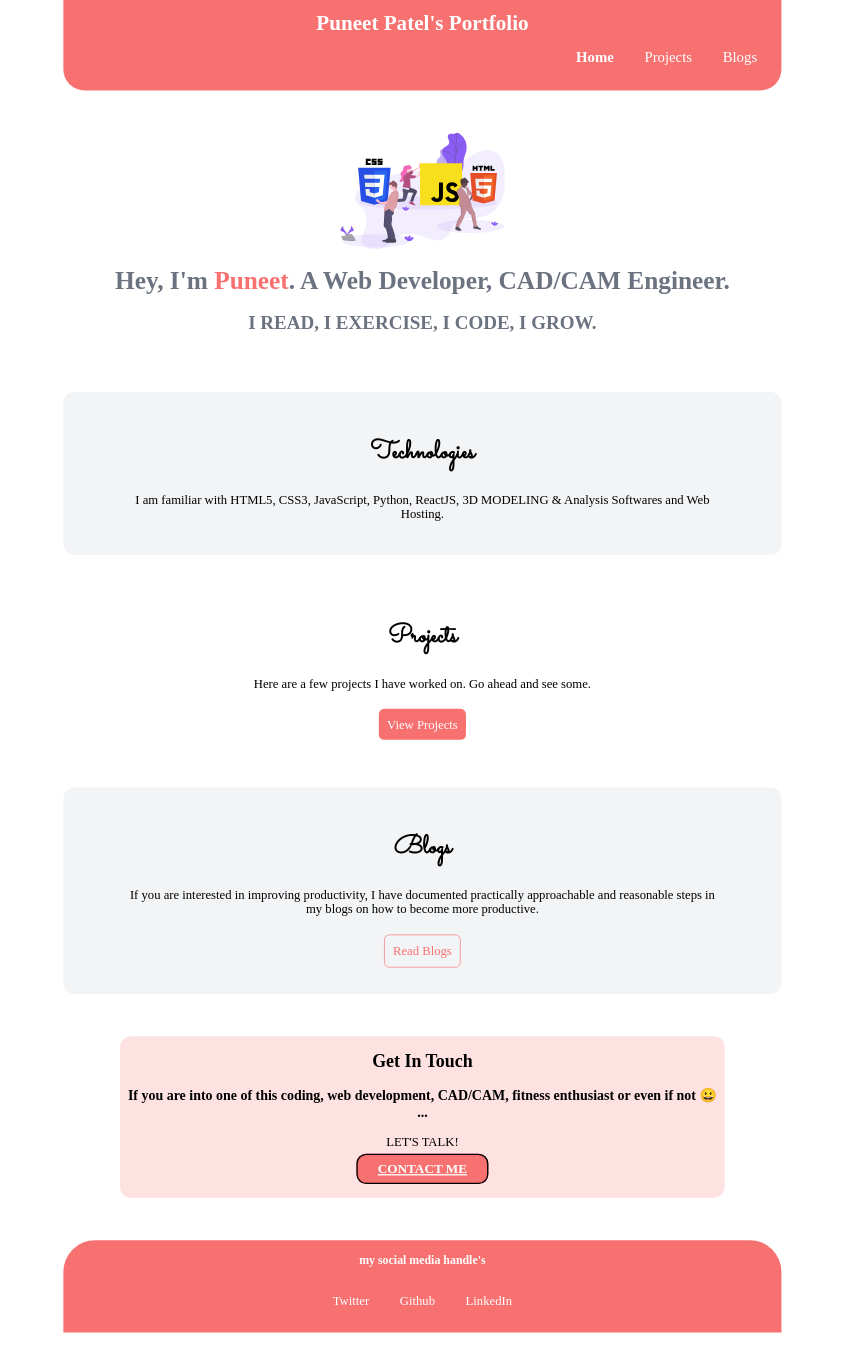
Repository: PuneetP16/Portfolio
Page: index.html
These files come from the project's save history. The page is drawn as it stood at one moment and after the next save; the edit follows.
The browser window is 1280 px wide. The pictures show the whole page, at 66% of full size.
Some web fonts or font styles are not loaded; a fallback is used.

Above is the page before, as saved 2021-12-10 10:51:48.

After the next save:
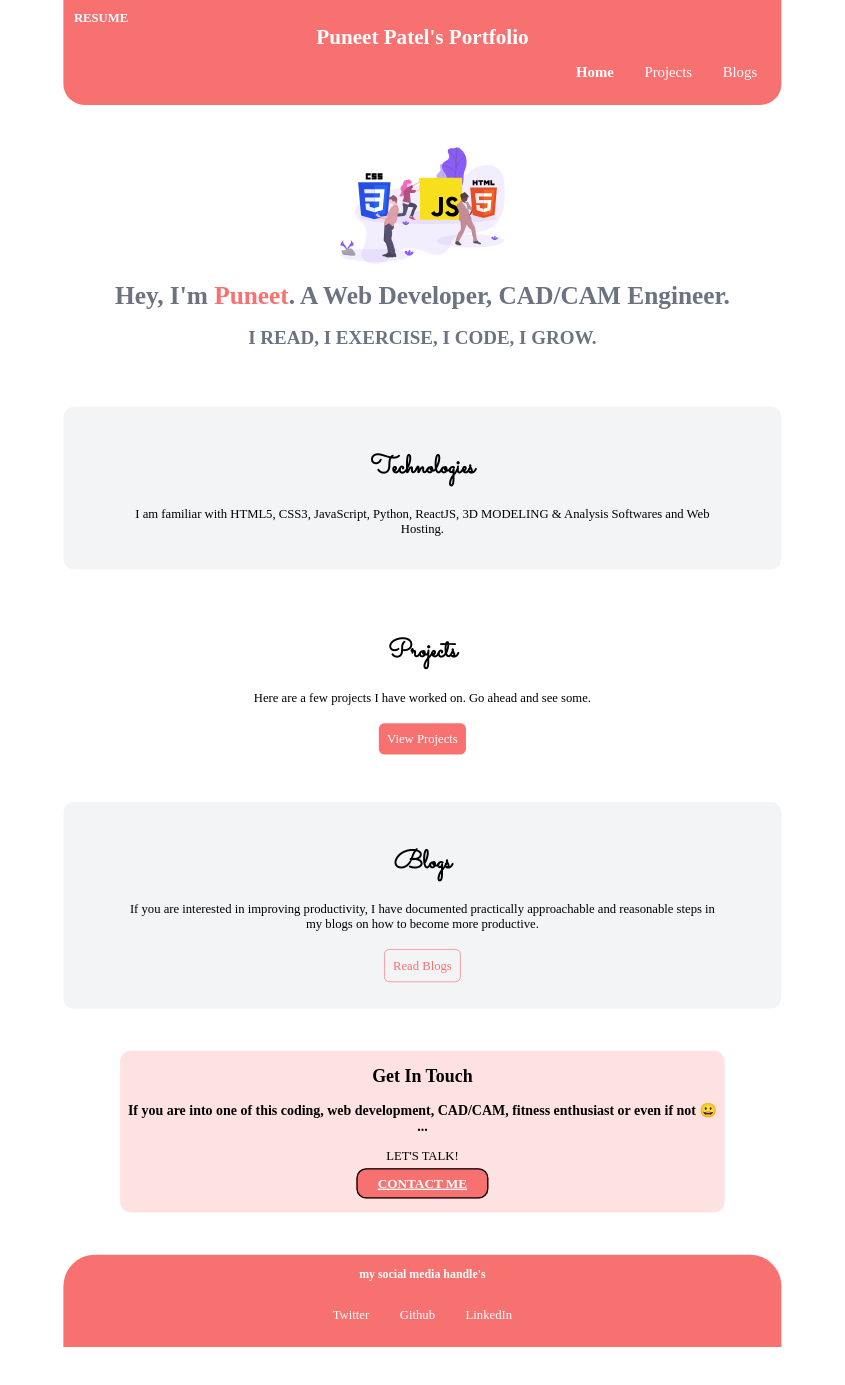
Saved 96 s later.
--- a/index.html
+++ b/index.html
@@ -14,6 +14,7 @@
 <body>
   <nav class="navigation">
     <div class="nav-head">
+      RESUME
       <a class="link-without-decoration" href="/"> Puneet Patel's Portfolio </a>
     </div>
     <ul class="list-non-bullet nav-pills">

After the save that followed:
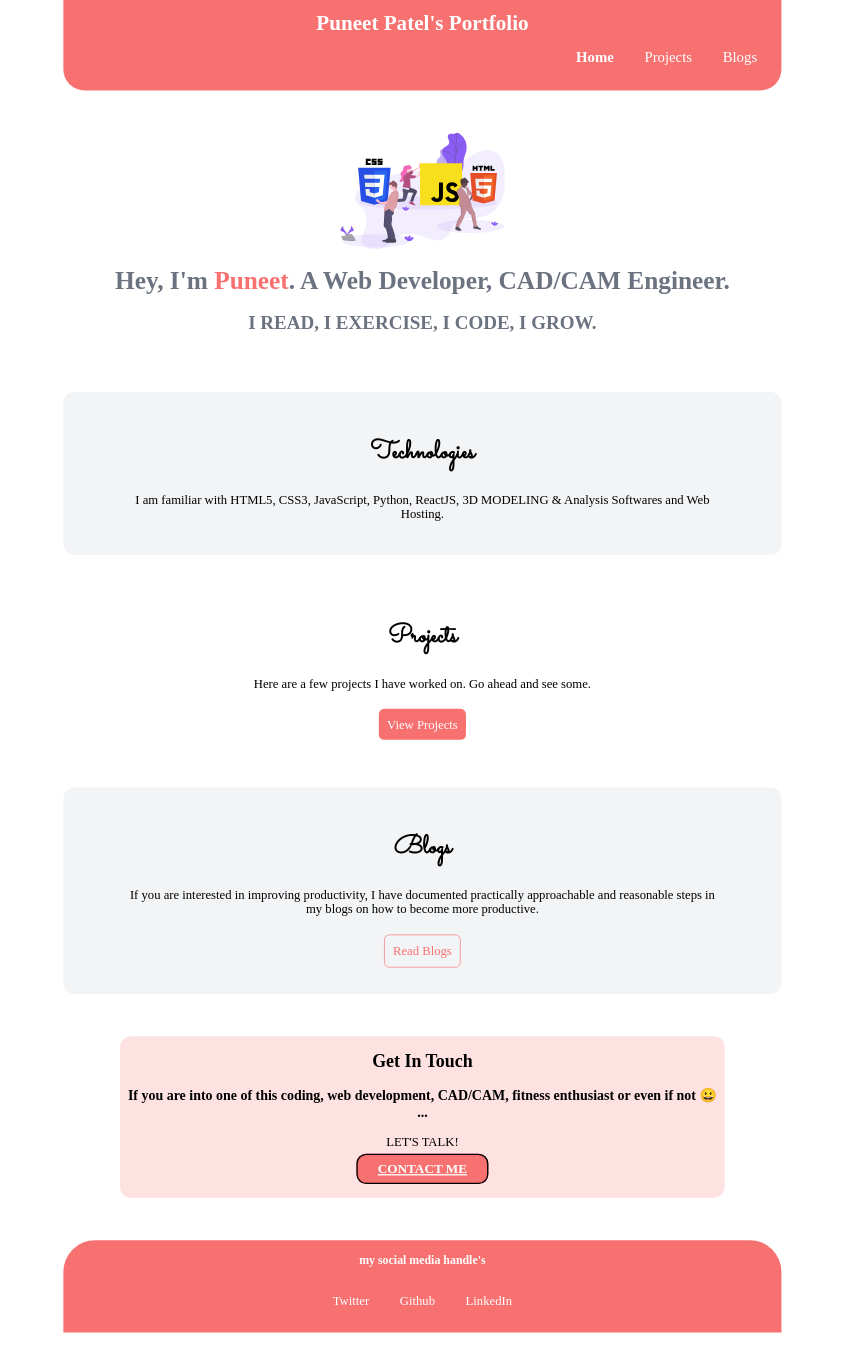
Saved 6 s later.
--- a/index.html
+++ b/index.html
@@ -14,7 +14,6 @@
 <body>
   <nav class="navigation">
     <div class="nav-head">
-      RESUME
       <a class="link-without-decoration" href="/"> Puneet Patel's Portfolio </a>
     </div>
     <ul class="list-non-bullet nav-pills">
